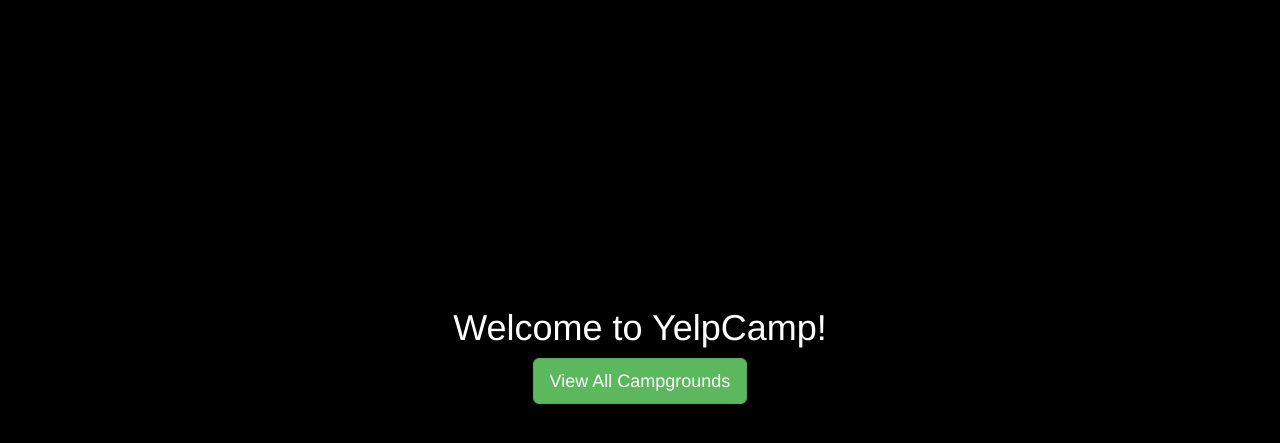
Repository: iceljc/web-development
Page: http://localhost/
The author's editor kept a record of every edit. The page is drawn from the files as they stood at one moment, then again after the next edit.
The browser window is 1280 px wide. The pictures show the whole page.
The page is served by the project's Node server (YelpCamp/v11/app.js). Other server files are loaded and not shown.

Above is the page before.

### YelpCamp/v11/app.js
var express     = require("express"),
    app         = express(),
    bodyParser  = require("body-parser"),
    mongoose    = require("mongoose"),
    flash       = require("connect-flash"),
    passport    = require("passport"),
    LocalStrategy = require("passport-local"),
    methodOverride = require("method-override"),
    Campground  = require("./models/campground"),
    Comment     = require("./models/comment"),
    User        = require("./models/user"),
    seedDB      = require("./seeds");


//requring routes
var commentRoutes    = require("./routes/comments"),
    campgroundRoutes = require("./routes/campgrounds"),
    indexRoutes      = require("./routes/index");


mongoose.connect("mongodb://localhost/yelp_camp_v10", { useNewUrlParser: true, useFindAndModify: false });
app.use(bodyParser.urlencoded({extended: true}));
app.use(express.static(__dirname + "/public"));
app.use(methodOverride("_method"));
app.set("view engine", "ejs");
app.use(flash());
// seedDB();

// PASSPORT CONFIGURATION
app.use(require("express-session")({
    secret: "Once again Rusty wins cutest dog!",
    resave: false,
    saveUninitialized: false
}));
app.use(passport.initialize());
app.use(passport.session());
passport.use(new LocalStrategy(User.authenticate()));
passport.serializeUser(User.serializeUser());
passport.deserializeUser(User.deserializeUser());

//
app.use(function(req, res, next){
   res.locals.currentUser = req.user;
   res.locals.error = req.flash("error");
   res.locals.success = req.flash("success");
   next();
});


app.use("/", indexRoutes);
app.use("/campgrounds", campgroundRoutes);
app.use("/campgrounds/:id/comments", commentRoutes);


app.listen(process.env.PORT, process.env.IP, function(){
  console.log("The YelpCamp Server Has Started!");
});

### YelpCamp/v11/routes/index.js
var express = require("express");
var router  = express.Router();
var passport = require("passport");
var User = require("../models/user");

//root route
router.get("/", function(req, res){
    res.render("landing");
});

// show register form
router.get("/register", function(req, res){
   res.render("register");
});

//handle sign up logic
router.post("/register", function(req, res){
    var newUser = new User({username: req.body.username});
    User.register(newUser, req.body.password, function(err, user){
        if(err){
            return res.render("register", {"error": err.message});
            // req.flash("error", err.message);
            return res.render("register");
        }
        passport.authenticate("local")(req, res, function(){
            req.flash("success", "Welcome to YelpCamp " + user.username);
            res.redirect("/campgrounds");
        });
    });
});

//show login form
router.get("/login", function(req, res){
   res.render("login");
});

//handling login logic
router.post("/login", passport.authenticate("local",
    {
        successRedirect: "/campgrounds",
        failureRedirect: "/login"
    }), function(req, res){
});

// logout route
router.get("/logout", function(req, res){
   req.logout();
   req.flash("success", "Logged you out!");
   res.redirect("/campgrounds");
});


module.exports = router;

### YelpCamp/v11/public/stylesheets/landing.css
body {
  background-color: #000;
}

#landing-header {
  z-index: 1;
  position: relative;
  text-align: center;
  padding-top: 40vh;
}

#landing-header h1 {
  color: #fff;
}

.slideshow {
  position: fixed;
  width: 100%;
  height: 100%;
  top: 0;
  left: 0;
  z-index: 0;
  /*list-style: none;*/
  margin: 0;
  padding: 0;
}

Loaded but not shown: YelpCamp/v11/views/landing.ejs (common file); YelpCamp/v11/views/partials/footer.ejs (common file)

After the next edit:
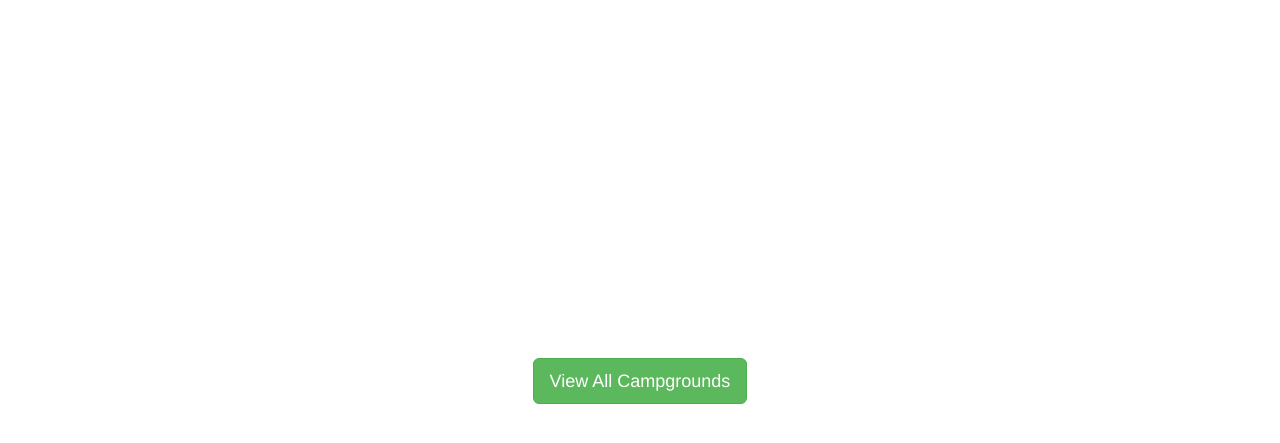
The edit:
--- a/YelpCamp/v11/public/stylesheets/landing.css
+++ b/YelpCamp/v11/public/stylesheets/landing.css
@@ -1,6 +1,6 @@
-body {
-  background-color: #000;
-}
+/*body {*/
+/*  background-color: #000;*/
+/*}*/
 
 #landing-header {
   z-index: 1;

After the edit that followed:
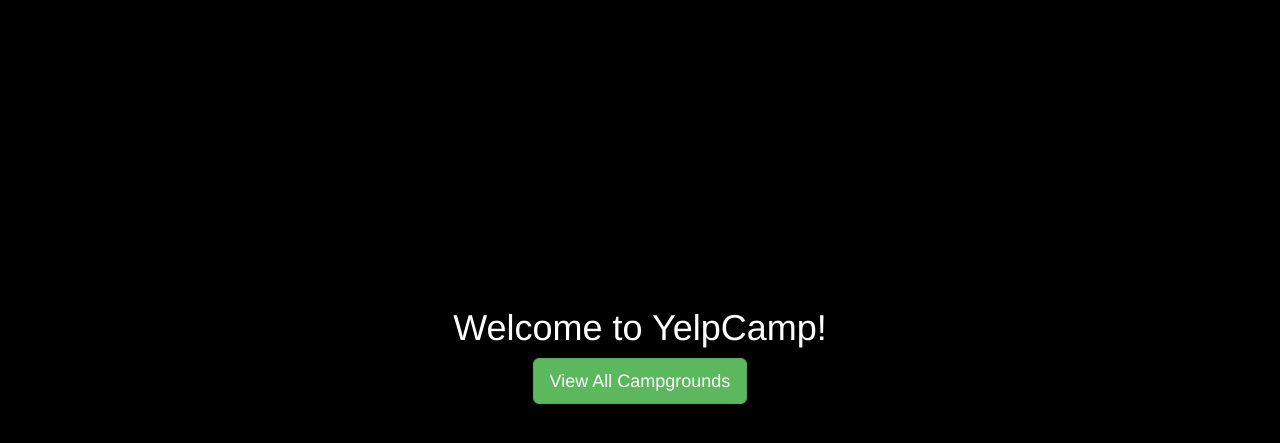
The edit:
--- a/YelpCamp/v11/public/stylesheets/landing.css
+++ b/YelpCamp/v11/public/stylesheets/landing.css
@@ -1,6 +1,6 @@
-/*body {*/
-/*  background-color: #000;*/
-/*}*/
+body {
+  background-color: #000;
+}
 
 #landing-header {
   z-index: 1;
